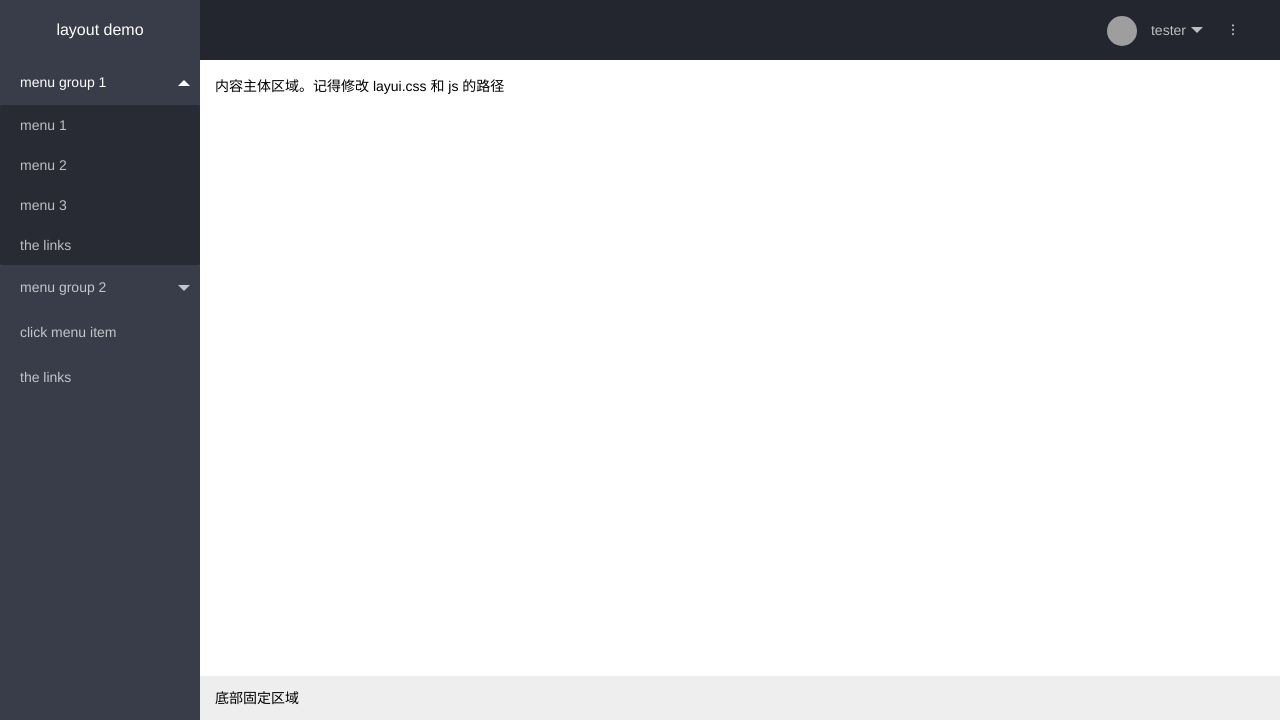
Repository: lithronmatic/web_bigbigevent
Page: index.html
These files come from the project's save history. The page is drawn as it stood at one moment and after the next save; the edit follows.
The browser window is 1280 px wide. The pictures show the whole page.
Pictures or frames that could not be fetched are drawn as grey boxes. The page's requests for data from a server got no answer.

Above is the page before, as saved 2022-09-02 21:27:05.

After the next save:
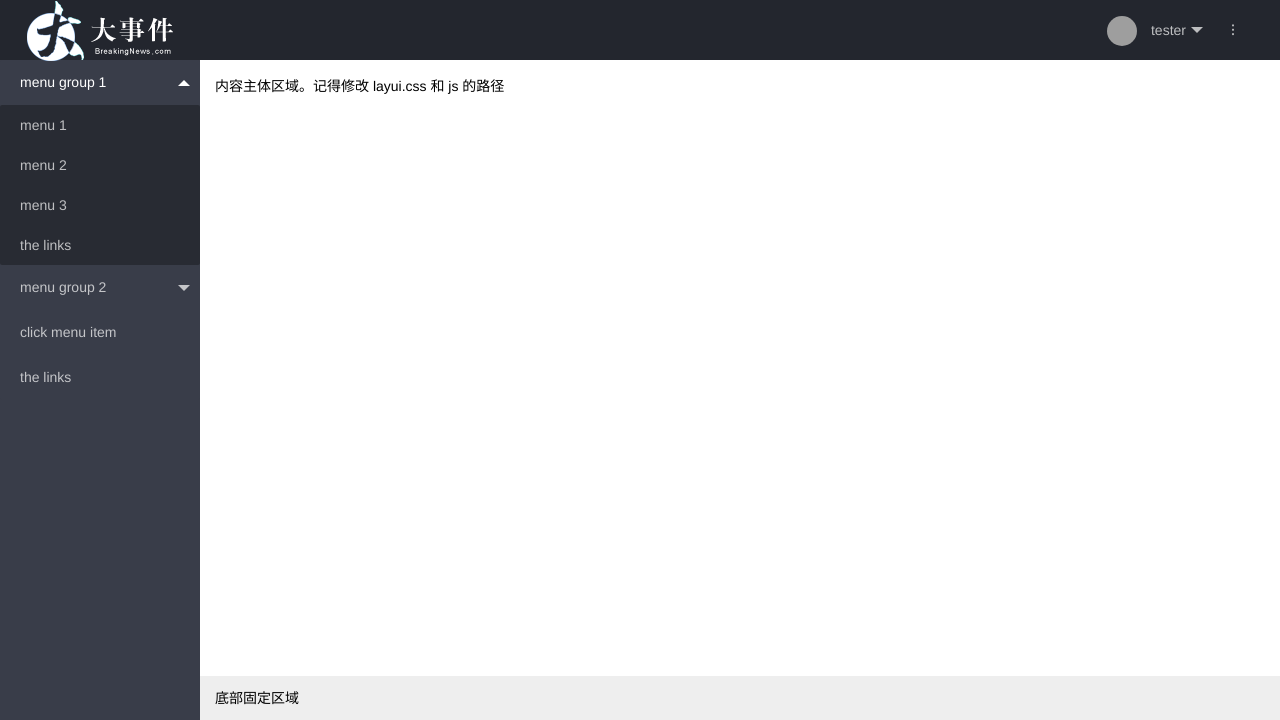
Saved 101 s later.
--- a/index.html
+++ b/index.html
@@ -12,7 +12,9 @@
 <body>
     <div class="layui-layout layui-layout-admin">
         <div class="layui-header">
-            <div class="layui-logo layui-hide-xs layui-bg-black">layout demo</div>
+            <div class="layui-logo">
+                <img src="./assets/images/logo.png" alt="">
+            </div>
             <!-- 头部区域（可配合layui 已有的水平导航） -->
             <ul class="layui-nav layui-layout-right">
                 <li class="layui-nav-item layui-hide layui-show-md-inline-block">
